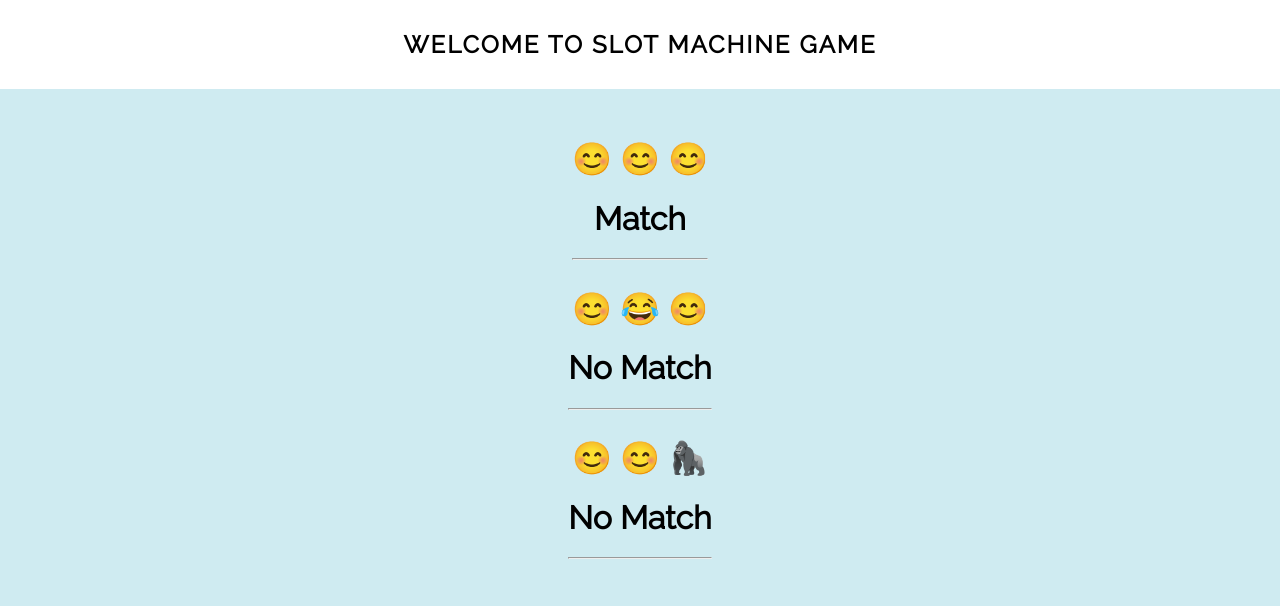
Repository: duggallakshya/slotMachineReact
Page: /
These files come from the project's save history. The page is drawn as it stood at one moment and after the next save; the edit follows.
The browser window is 1280 px wide. The pictures show the whole page.
The project was rebuilt for these pictures with package versions that can differ from the ones it lists, and the page was loaded fresh each time.

Above is the page before, as saved 2022-03-23 00:33:04.

After the next save:
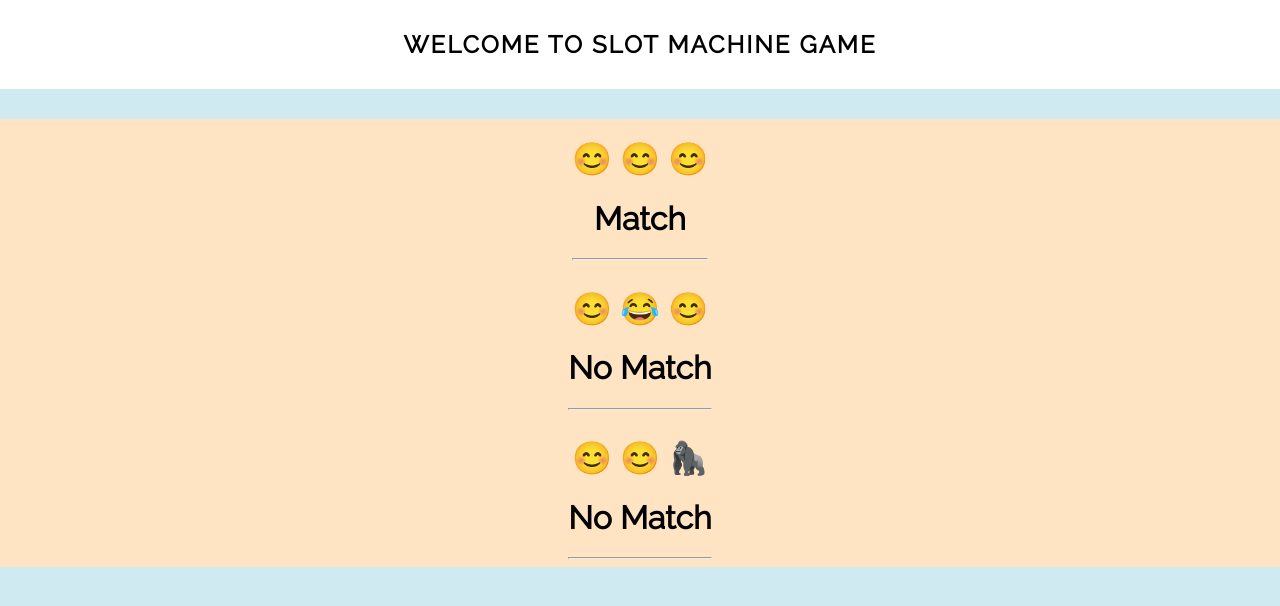
Saved 8 s later.
--- a/src/index.css
+++ b/src/index.css
@@ -31,5 +31,5 @@ body{
   height: auto;
   justify-content: center;
   align-items: center;
-  background-color: ;
+  background-color: bisque;
 }
